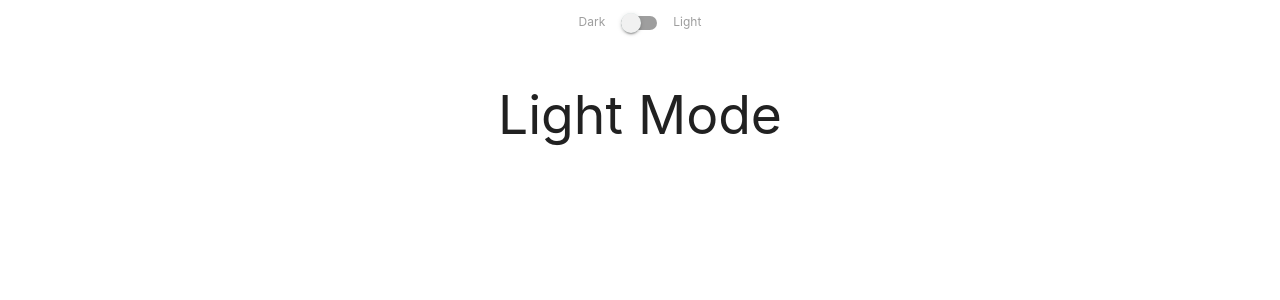
Repository: imrvj/Dark-Light-Mode
Page: /
The author's editor kept a copy of each file at every save. The page is drawn from the files as they stood at one save, then again after the next save.
The browser window is 1280 px wide. The pictures show the whole page.
The project was rebuilt for these pictures with package versions that can differ from the ones it lists, and the page was loaded fresh each time.

Above is the page before, as saved 2020-02-20 13:05:32.

After the next save:
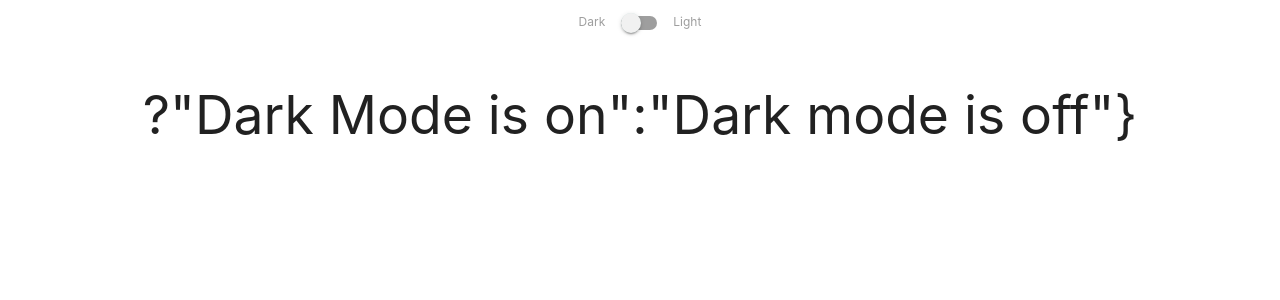
Saved 63 s later.
--- a/src/App.js
+++ b/src/App.js
@@ -20,7 +20,7 @@ function App() {
         </div>
 
         <div className="content">
-          <h2>Light Mode</h2>
+  <h2>{dark}?"Dark Mode is on":"Dark mode is off"}</h2>
         </div>
       </div>
   );
